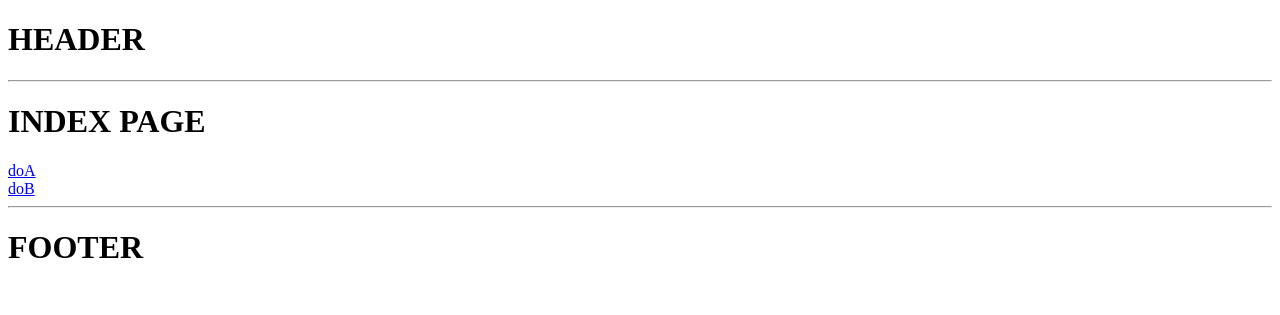
Repository: gitgw016/spring
Page: http://localhost/mvc_part02_controller/
These files come from the project's save history. The page is drawn as it stood at one moment and after the next save; the edit follows.
The browser window is 1280 px wide. The pictures show the whole page.
The page is served by Tomcat 9. Other server files are loaded and not shown.

Above is the page before, as saved 2022-01-11 05:45:44.

### mvc_part02_controller/src/main/webapp/index.jsp
<%@ page language="java" contentType="text/html; charset=UTF-8"
    pageEncoding="UTF-8"%>
<jsp:include page="WEB-INF/views/common/header.jsp"/>
	<h1>INDEX PAGE</h1>
	<a href="doA">doA</a> <br/>
	<a href="doB">doB</a> <br/>
<jsp:include page="WEB-INF/views/common/footer.jsp"/>
</body>
</html>

### mvc_part02_controller/src/main/webapp/WEB-INF/views/common/header.jsp
<%@ page language="java" contentType="text/html; charset=UTF-8"
    pageEncoding="UTF-8"%>
<!DOCTYPE html>
<html>
<head>
<meta charset="UTF-8">
<title>Insert title here</title>
</head>
<body>
<!-- header.jsp -->
<h1>HEADER</h1>
<hr/>

### mvc_part02_controller/src/main/webapp/WEB-INF/views/common/footer.jsp
<%@ page language="java" contentType="text/html; charset=UTF-8"
    pageEncoding="UTF-8"%>
<!-- footer.jsp -->
<hr/>
<h1>FOOTER</h1>
</body>
</html>

After the next save:
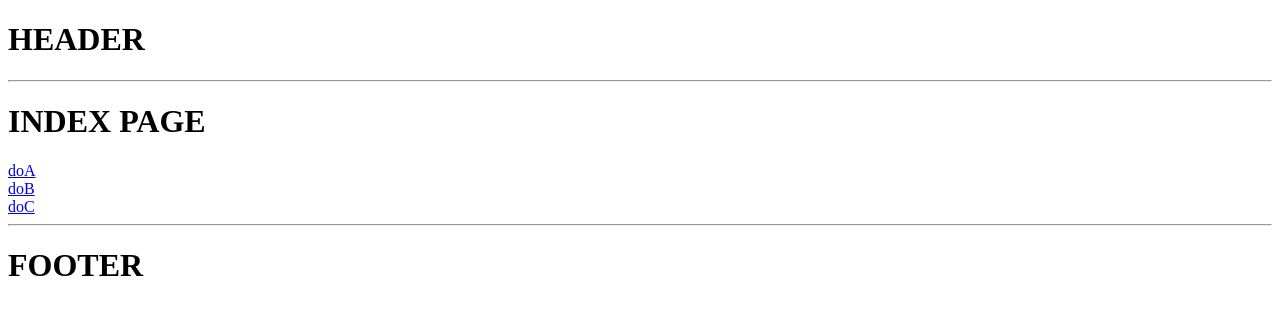
Saved 19 s later.
--- a/mvc_part02_controller/src/main/webapp/index.jsp
+++ b/mvc_part02_controller/src/main/webapp/index.jsp
@@ -4,6 +4,7 @@
 	<h1>INDEX PAGE</h1>
 	<a href="doA">doA</a> <br/>
 	<a href="doB">doB</a> <br/>
+	<a href="doC">doC</a> <br/>
 <jsp:include page="WEB-INF/views/common/footer.jsp"/>
 </body>
 </html>
